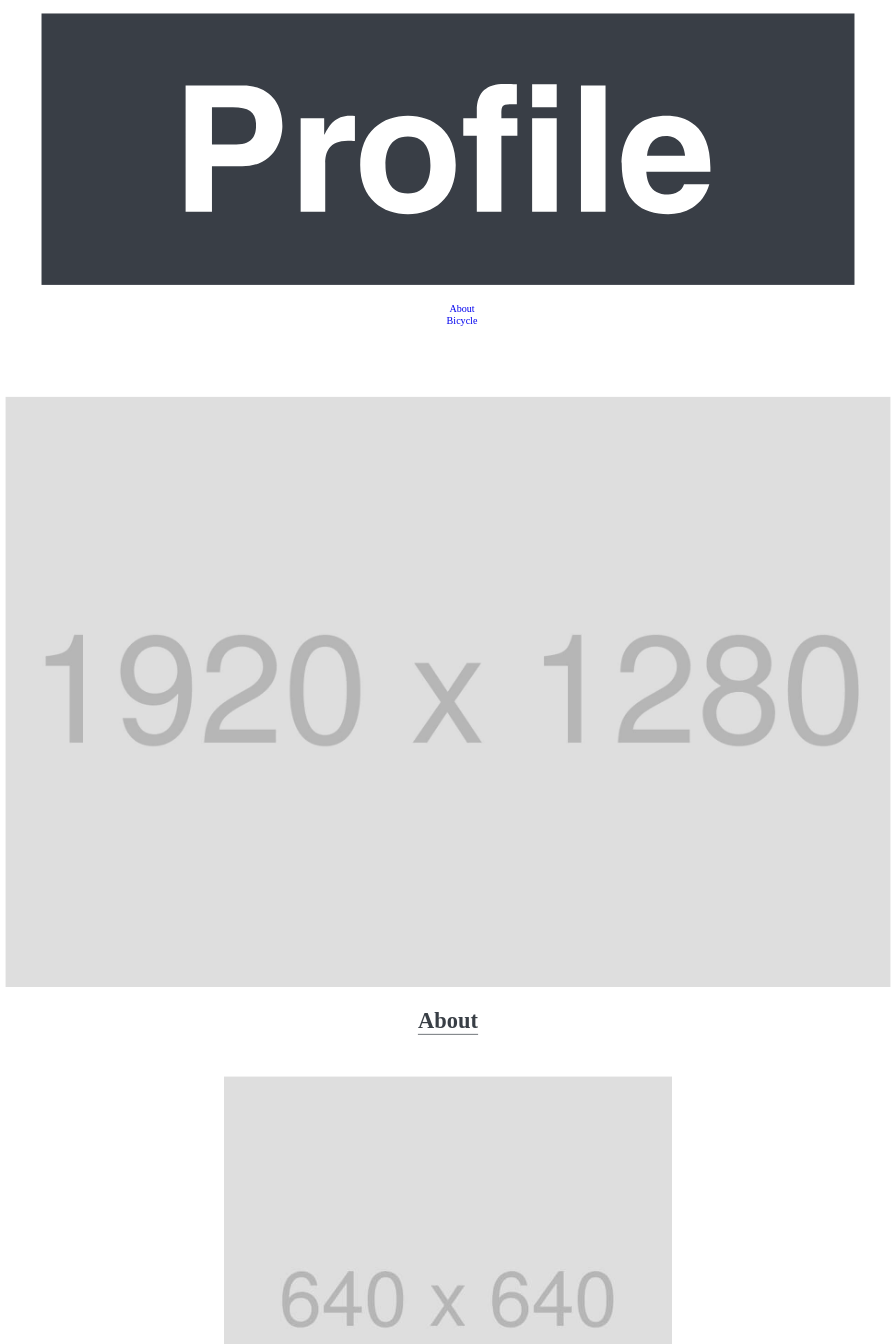
Repository: Fuki-san/bicycle
Page: http://localhost/profile
An editor plug-in stored every save of this project. The page is shown before and after the next save, followed by the edit.
The browser window is 1280 px wide. The pictures show the part of the page from y = 0 to 1920 px (the page is 4531 px tall before and 4361 px after), at 70% of full size.
The page is served by the project's Laravel application, run on PHP 8.4 with Laravel 10.

Above is the page before, as saved 2023-11-18 11:35:06.

After the next save:
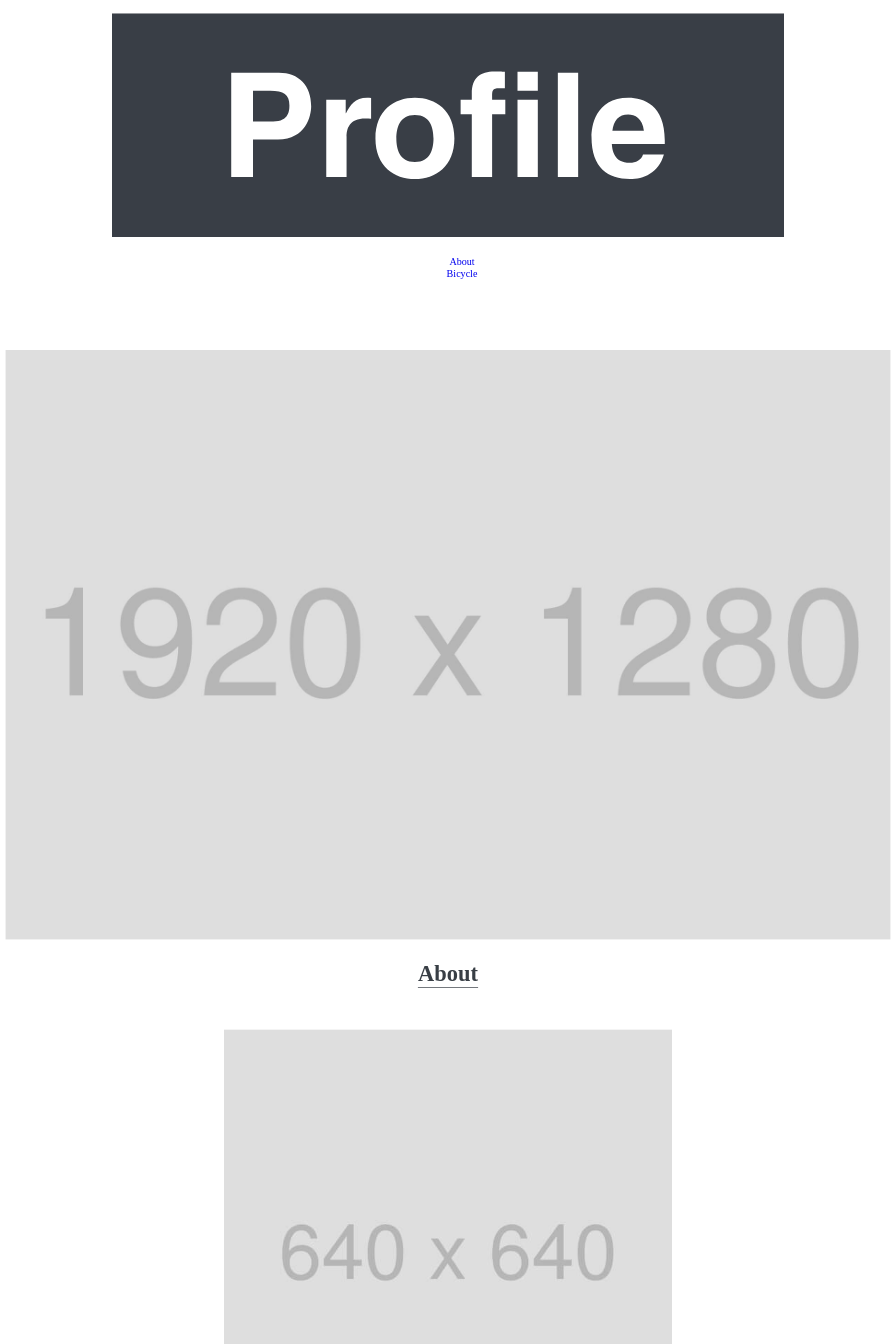
Saved 5 s later.
--- a/public/css/style.css
+++ b/public/css/style.css
@@ -42,5 +42,5 @@ a{
     margin: 0 auto 100px auto;
     padding: 0 4%;
     text-align: center;
-    max-width: ;
+    max-width: 960px;
 }
